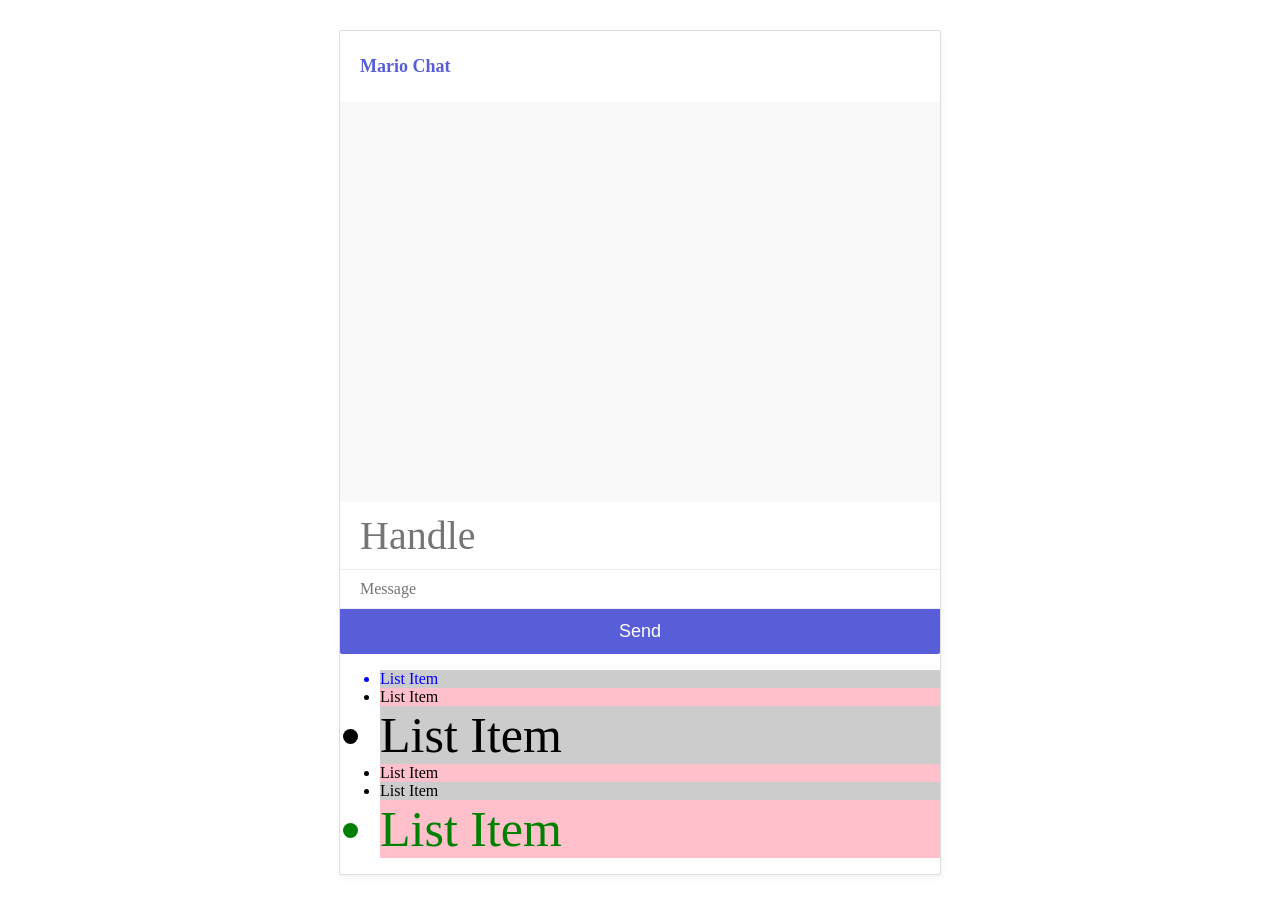
Repository: Promethees/websockets-playlist
Page: public/index.html
These files come from the project's save history. The page is drawn as it stood at one moment and after the next save; the edit follows.
The browser window is 1280 px wide. The pictures show the whole page.
The page's requests for data from a server got no answer. Some web libraries are served in a nearby version.

Above is the page before, as saved 2020-09-03 09:21:55.

### public/index.html
<!DOCTYPE html>
<html>
    <head>
        <meta charset="utf-8">
        <title>WebScockets 101</title>
        <script src="https://cdnjs.cloudflare.com/ajax/libs/socket.io/2.3.0/socket.io.js"></script>
        <script src="https://code.jquery.com/jquery-3.5.1.min.js"></script>
        <link href="./style.css" rel="stylesheet" type = "text/css" />
    </head>
    <body>
        <div id="mario-chat">
            <h2>Mario Chat</h2>
            <div id="chat-window">
                <div id="output"></div>
                <div id="feedback"></div><!-- <display "typing .... message"> -->

            </div>
            <input id="handle" type="text" placeholder="Handle" />
            <input id="message" type="text" placeholder="Message" />
            <button id="send">Send</button>
            <ul id = "list">
                <li>List Item</li>
                <li>List Item</li>
                <li>List Item</li>
                <li>List Item</li>
                <li>List Item</li>
                <li>List Item</li>
            </ul>
        </div>
        <script>
            //$('h2').hide();
            //$('div').hide();
            //$('#message').css('color','blue');
            $('ul#list li:first').css('color','blue');
            $('ul#list li:last').css('color','green');
            $('ul#list li:odd').css('background-color','pink');
            $('ul#list li:even').css('background-color','#cccccc');
            $('ul#list li:nth-child(3n)').css('font-size','50px'); //For 3,6,9 list items
            $(':text#handle').css('font-size','40px');
            $(':text#handle').css('font-style','arial');

</script>
    </body>
    <script src="/chat.js"></script>
</html>

### public/style.css
body{
    font-family: 'Nunito';
}

h2{
    font-size: 18px;
    padding: 10px 20px;
    color: #575ed8;
}

#mario-chat{
    max-width: 600px;
    margin: 30px auto;
    border: 1px solid #ddd;
    box-shadow: 1px 3px 5px rgba(0,0,0,0.05);
    border-radius: 2px;
}

#chat-window{
    height: 400px;
    overflow: auto;
    background: #f9f9f9;
}

#output p{
    padding: 14px 0px;
    margin: 0 20px;
    border-bottom: 1px solid #e9e9e9;
    color: #555;
}

#feedback p{
    color: #aaa;
    padding: 14px 0px;
    margin: 0 20px;
}

#output strong{
    color: #575ed8;
}

label{
    box-sizing: border-box;
    display: block;
    padding: 10px 20px;
}

input{
    padding: 10px 20px;
    box-sizing: border-box;
    background: #eee;
    border: 0;
    display: block;
    width: 100%;
    background: #fff;
    border-bottom: 1px solid #eee;
    font-family: Nunito;
    font-size: 16px;
}

button{
    background: #575ed8;
    color: #fff;
    font-size: 18px;
    border: 0;
    padding: 12px 0;
    width: 100%;
    border-radius: 0 0 2px 2px;
}

### public/chat.js
// Make connection
//var socket = io.connect('http://localhost:4000');
//var socket = io.connect('https://chatboj.herokuapp.com/');
var socket = io.connect('/');

// Query DOM
var message = document.getElementById('message'),
      handle = document.getElementById('handle'),
      btn = document.getElementById('send'),
      output = document.getElementById('output');
    feedback = document.getElementById('feedback');

// Emit events (see the index.js to know how it handle)
btn.addEventListener('click', function(){
  socket.emit('chat', {
      message: message.value,
      handle: handle.value
  });
  message.value = "";
});

message.addEventListener('keypress',function() {
    socket.emit('typing',handle.value);
});

// Listen for events (retrieve event from the server)
socket.on('chat', function(data){
    feedback.innerHTML = ""; //Clear the typing queue while have submitted the message
    //Modify the message in HTMLs
    output.innerHTML += '<p><strong>' + data.handle + ': </strong>' + data.message + '</p>';
});

socket.on('typing',function(data) {
    // the data here is the handle.value (since the action is 'typing')
    feedback.innerHTML = '<p><em>'+data+'is typing message...'+'</em></p>';
});

After the next save:
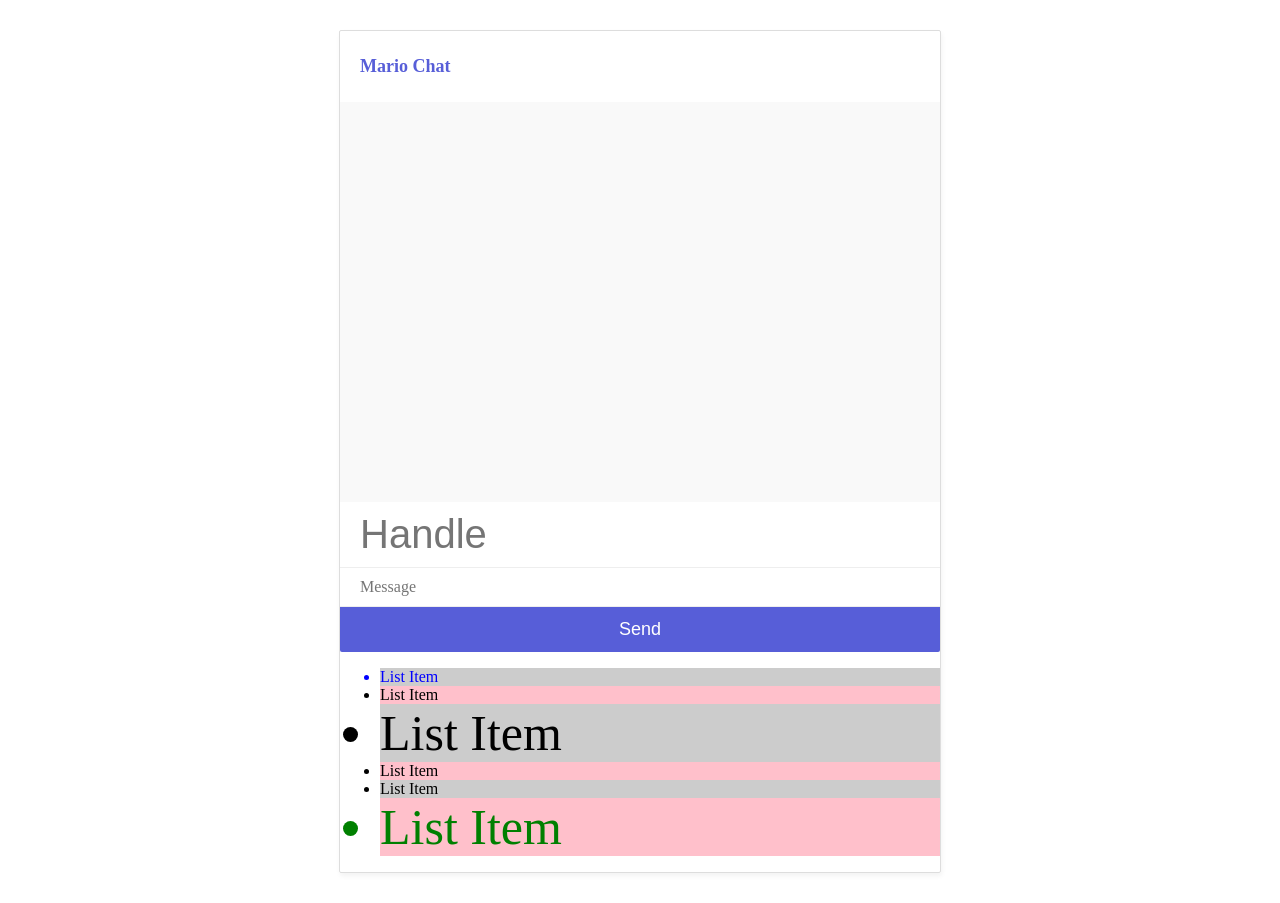
Saved 10 s later.
--- a/public/index.html
+++ b/public/index.html
@@ -37,7 +37,7 @@
             $('ul#list li:even').css('background-color','#cccccc');
             $('ul#list li:nth-child(3n)').css('font-size','50px'); //For 3,6,9 list items
             $(':text#handle').css('font-size','40px');
-            $(':text#handle').css('font-style','arial');
+            $(':text#handle').css('font-family','arial');
 
 </script>
     </body>
